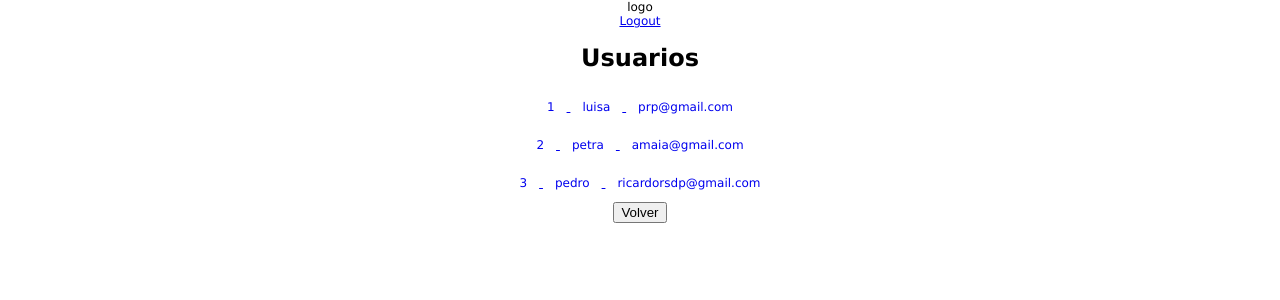
Repository: borjasegui/javaWeb
Page: http://localhost/HelloMVC/ListaUsuarios
An editor plug-in stored every save of this project. The page is shown before and after the next save, followed by the edit.
The browser window is 1280 px wide. The pictures show the whole page.
The page is served by Tomcat 9.

Above is the page before, as saved 2018-11-15 08:05:29.

After the next save:
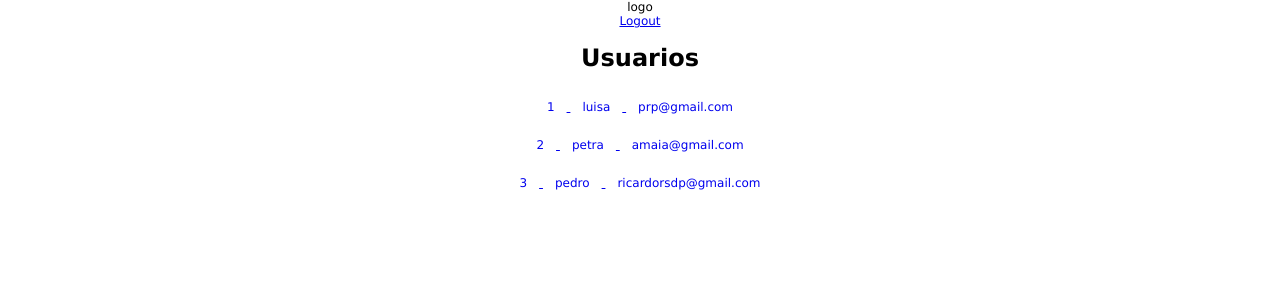
Saved 55 s later.
--- a/java-web/HelloMVC/WebContent/ListaUsuarios.jsp
+++ b/java-web/HelloMVC/WebContent/ListaUsuarios.jsp
@@ -25,8 +25,8 @@
 		</c:forEach>
 
 	</ul>
-	<button id="volverbtn">Volver</button>
+
 
 </body>
-<script  src="./js/script.js"></script>
+
 </html>
